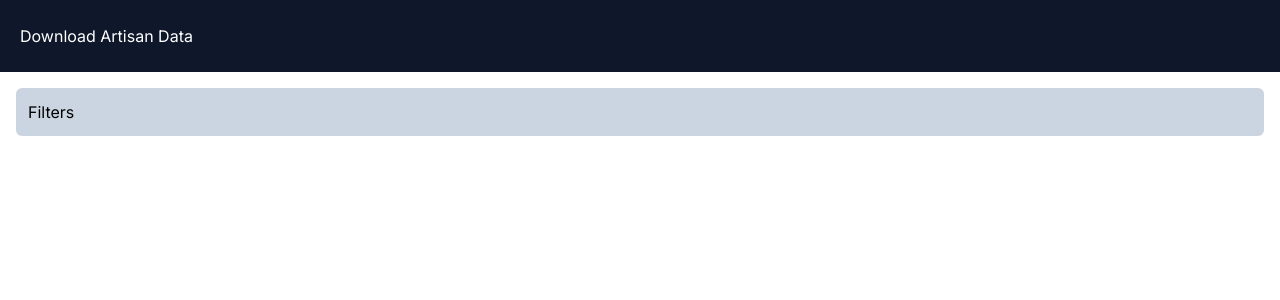
Repository: marcusdashe/artisanindex_frontend
Page: /components/DownloadDataScreen
These files come from the project's save history. The page is drawn as it stood at one moment and after the next save; the edit follows.
The browser window is 1280 px wide. The pictures show the whole page.
The project was rebuilt for these pictures with package versions that can differ from the ones it lists, and the page was loaded fresh each time. The framework's server and built-in components were replaced by stand-ins that run in the browser. Also part of the build but not shown: next.config.js.

Above is the page before, as saved 2023-03-07 12:48:01.

After the next save:
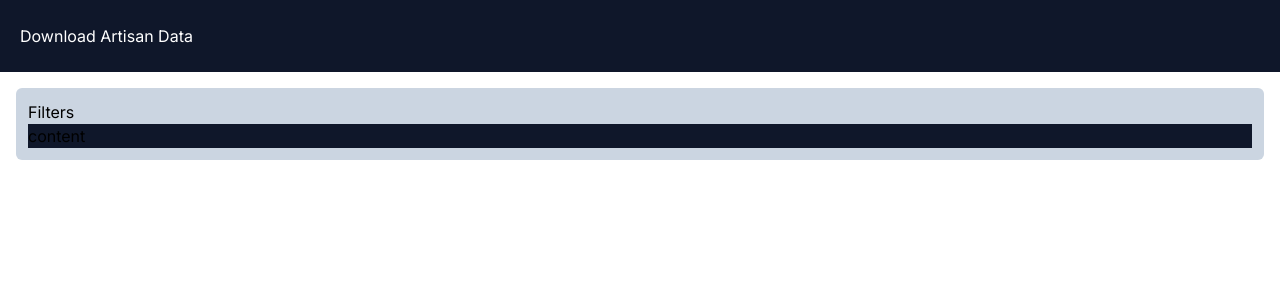
Saved 4 s later.
--- a/pages/components/DownloadDataScreen.js
+++ b/pages/components/DownloadDataScreen.js
@@ -9,7 +9,7 @@ function DownloadDataScreen() {
       <div className="w-full h-[90vh] p-4">
         <div className="w-full rounded-md p-3 bg-slate-300 flex flex-col">
           <h4>Filters</h4>
-          <div className="w-full bg-slate-900"></div>
+          <div className="w-full bg-slate-900">content</div>
         </div>
       </div>
     </div>
